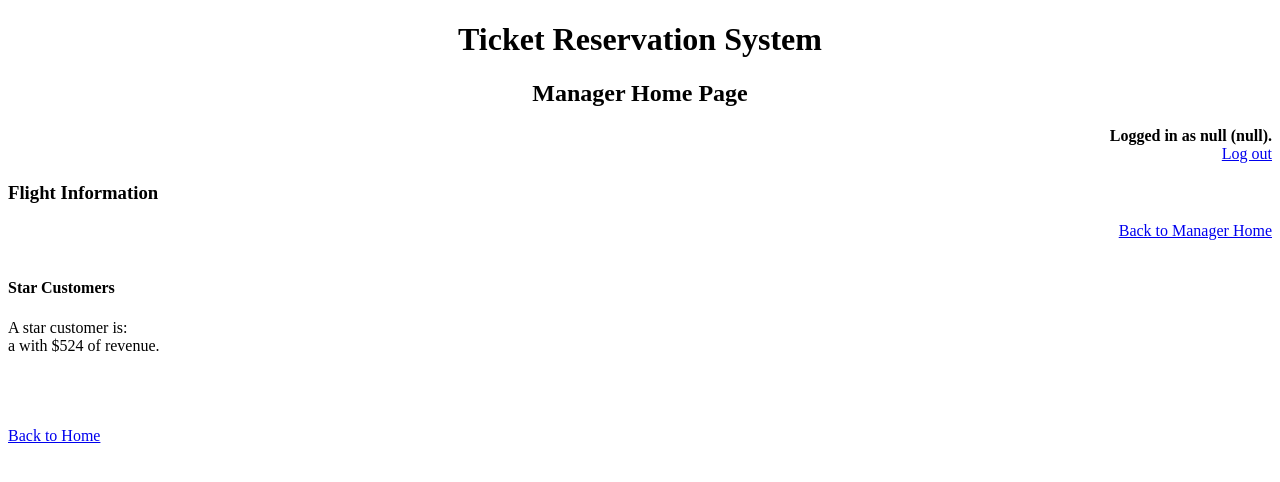
Repository: Pheazon/data_management
Page: http://localhost/cs336Final/revenueMostByCustomer.jsp
An editor plug-in stored every save of this project. The page is shown before and after the next save, followed by the edit.
The browser window is 1280 px wide. The pictures show the whole page.
The page is served by Tomcat 9. The database holds what the project's SQL file puts in it.

Above is the page before, as saved 2019-12-11 09:36:19.

After the next save:
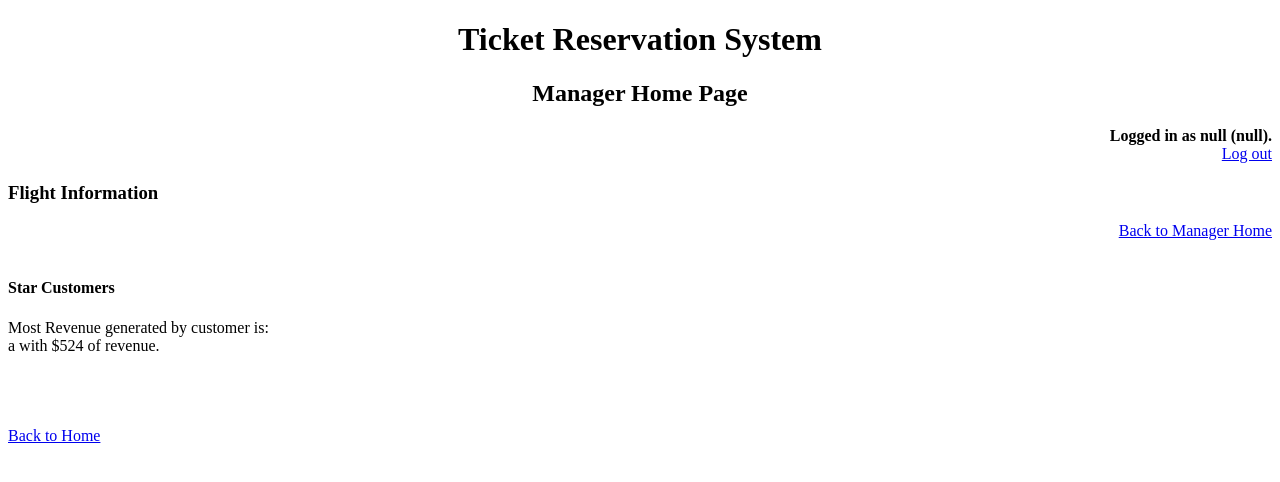
Saved 33 s later.
--- a/cs336Final/WebContent/revenueMostByCustomer.jsp
+++ b/cs336Final/WebContent/revenueMostByCustomer.jsp
@@ -48,7 +48,7 @@ try{
 			String revenue = result.getString("bf");
 
 
-			out.println("A star customer is:<br>"+ userid +" with $"+ revenue +" of revenue.<br><br>");
+			out.println("Most Revenue generated by customer is:<br>"+ userid +" with $"+ revenue +" of revenue.<br><br>");
 
 		}
 
